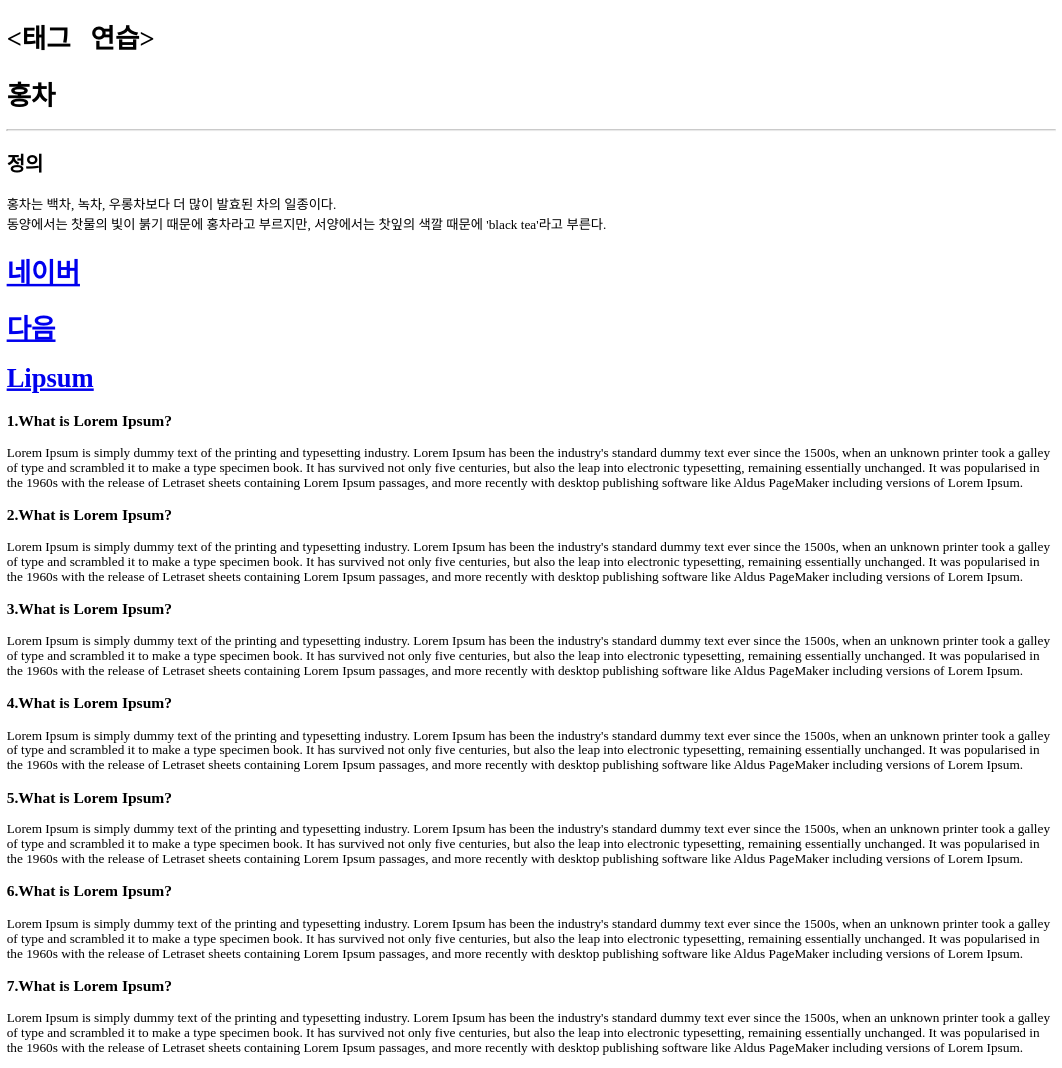
Repository: kmg8138/html
Page: 2020.04.06/ex0406/WebContent/ex03.html
These files come from the project's save history. The page is drawn as it stood at one moment and after the next save; the edit follows.
The browser window is 1280 px wide. The pictures show the whole page, at 83% of full size.

Above is the page before, as saved 2020-04-06 02:07:41.

### 2020.04.06/ex0406/WebContent/ex03.html
<!DOCTYPE html>
<html>
<head>
	<meta charset="UTF-8">
	<title>연습3</title>
</head>
<body>
	<h1>&lt;태그&nbsp;&nbsp;&nbsp;연습&gt;</h1>
	<h1>홍차</h1>
	<hr/>
	<h2>정의</h2>
	<p>
	홍차는 백차, 녹차, 우롱차보다 더 많이 발효된 차의 일종이다.<br>
	동양에서는 찻물의 빛이 붉기 때문에 홍차라고 부르지만,
	서양에서는 찻잎의 색깔 때문에 'black tea'라고 부른다.
	</p>
	<h1><a href="http://naver.com">네이버</a></h1>
	<h1><a href="http://daum.net">다음</a></h1>
	<h1><a href="http://lipsum.com">Lipsum</a></h1>

	<h3>1.What is Lorem Ipsum?</h3>
	<p>
	Lorem Ipsum is simply dummy text of the printing and typesetting industry.
	Lorem Ipsum has been the industry's standard dummy text ever since the 1500s,
	when an unknown printer took a galley of type and scrambled it to make a type specimen book.
	It has survived not only five centuries, but also the leap into electronic typesetting, remaining essentially unchanged.
	It was popularised in the 1960s with the release of Letraset sheets containing Lorem Ipsum passages,
	and more recently with desktop publishing software like Aldus PageMaker including versions of Lorem Ipsum.
	</p>
	<h3>2.What is Lorem Ipsum?</h3>
	<p>
	Lorem Ipsum is simply dummy text of the printing and typesetting industry.
	Lorem Ipsum has been the industry's standard dummy text ever since the 1500s,
	when an unknown printer took a galley of type and scrambled it to make a type specimen book.
	It has survived not only five centuries, but also the leap into electronic typesetting, remaining essentially unchanged.
	It was popularised in the 1960s with the release of Letraset sheets containing Lorem Ipsum passages,
	and more recently with desktop publishing software like Aldus PageMaker including versions of Lorem Ipsum.
	</p>
	<h3>3.What is Lorem Ipsum?</h3>
	<p>
	Lorem Ipsum is simply dummy text of the printing and typesetting industry.
	Lorem Ipsum has been the industry's standard dummy text ever since the 1500s,
	when an unknown printer took a galley of type and scrambled it to make a type specimen book.
	It has survived not only five centuries, but also the leap into electronic typesetting, remaining essentially unchanged.
	It was popularised in the 1960s with the release of Letraset sheets containing Lorem Ipsum passages,
	and more recently with desktop publishing software like Aldus PageMaker including versions of Lorem Ipsum.
	</p>
	<h3>4.What is Lorem Ipsum?</h3>
	<p>
	Lorem Ipsum is simply dummy text of the printing and typesetting industry.
	Lorem Ipsum has been the industry's standard dummy text ever since the 1500s,
	when an unknown printer took a galley of type and scrambled it to make a type specimen book.
	It has survived not only five centuries, but also the leap into electronic typesetting, remaining essentially unchanged.
	It was popularised in the 1960s with the release of Letraset sheets containing Lorem Ipsum passages,
	and more recently with desktop publishing software like Aldus PageMaker including versions of Lorem Ipsum.
	</p>
	<h3>5.What is Lorem Ipsum?</h3>
	<p>
	Lorem Ipsum is simply dummy text of the printing and typesetting industry.
	Lorem Ipsum has been the industry's standard dummy text ever since the 1500s,
	when an unknown printer took a galley of type and scrambled it to make a type specimen book.
	It has survived not only five centuries, but also the leap into electronic typesetting, remaining essentially unchanged.
	It was popularised in the 1960s with the release of Letraset sheets containing Lorem Ipsum passages,
	and more recently with desktop publishing software like Aldus PageMaker including versions of Lorem Ipsum.
	</p>
	<h3>6.What is Lorem Ipsum?</h3>
	<p>
	Lorem Ipsum is simply dummy text of the printing and typesetting industry.
	Lorem Ipsum has been the industry's standard dummy text ever since the 1500s,
	when an unknown printer took a galley of type and scrambled it to make a type specimen book.
	It has survived not only five centuries, but also the leap into electronic typesetting, remaining essentially unchanged.
	It was popularised in the 1960s with the release of Letraset sheets containing Lorem Ipsum passages,
	and more recently with desktop publishing software like Aldus PageMaker including versions of Lorem Ipsum.
	</p>
	<h3>7.What is Lorem Ipsum?</h3>
	<p>
	Lorem Ipsum is simply dummy text of the printing and typesetting industry.
	Lorem Ipsum has been the industry's standard dummy text ever since the 1500s,
	when an unknown printer took a galley of type and scrambled it to make a type specimen book.
	It has survived not only five centuries, but also the leap into electronic typesetting, remaining essentially unchanged.
	It was popularised in the 1960s with the release of Letraset sheets containing Lorem Ipsum passages,
	and more recently with desktop publishing software like Aldus PageMaker including versions of Lorem Ipsum.
	</p>
</body>
</html>

After the next save:
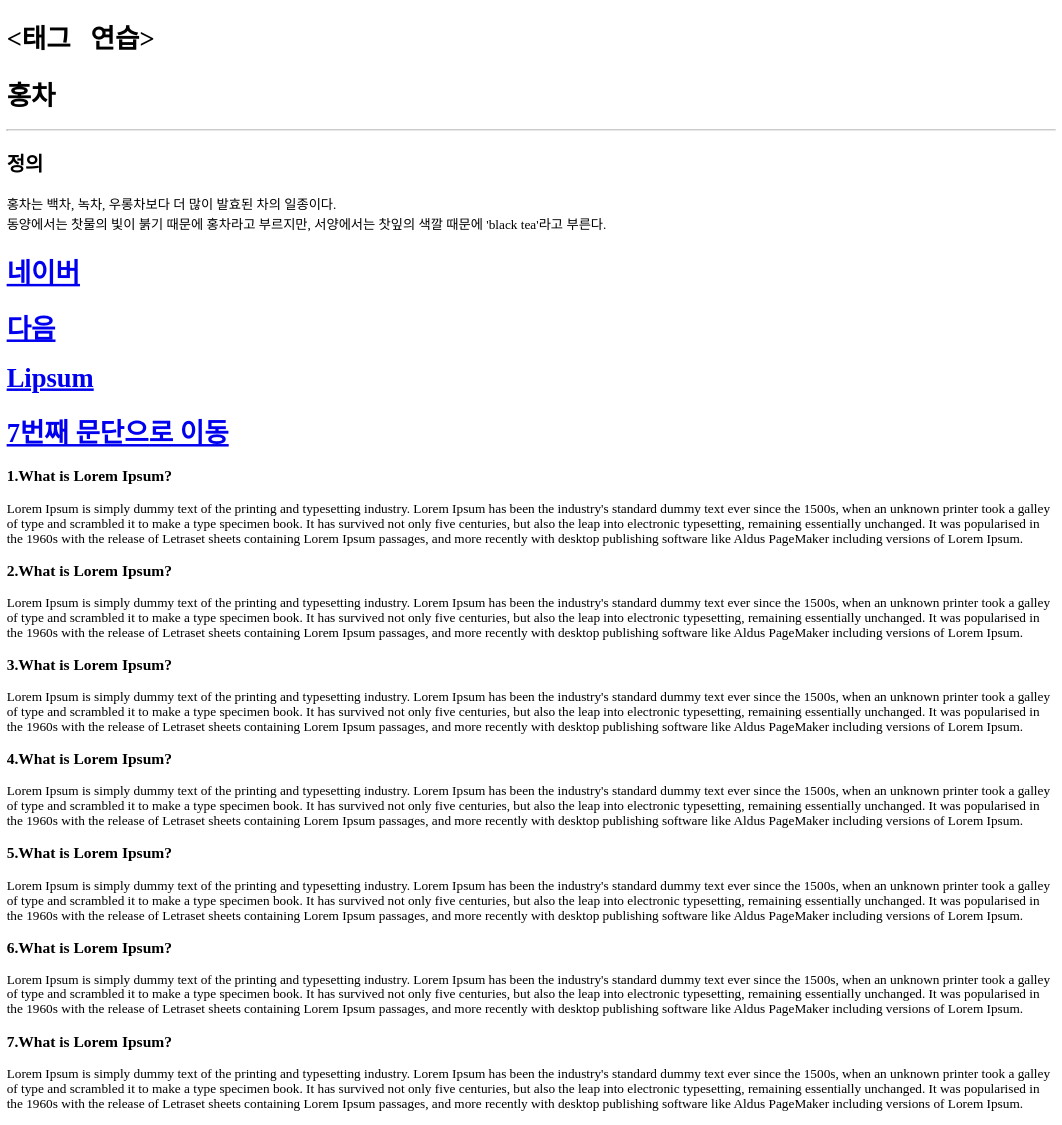
Saved 4 min 18 s later.
--- a/2020.04.06/ex0406/WebContent/ex03.html
+++ b/2020.04.06/ex0406/WebContent/ex03.html
@@ -17,8 +17,9 @@
 	<h1><a href="http://naver.com">네이버</a></h1>
 	<h1><a href="http://daum.net">다음</a></h1>
 	<h1><a href="http://lipsum.com">Lipsum</a></h1>
+	<h1><a href="#p7">7번째 문단으로 이동</a></h1>
 
-	<h3>1.What is Lorem Ipsum?</h3>
+	<h3 id="p1">1.What is Lorem Ipsum?</h3>
 	<p>
 	Lorem Ipsum is simply dummy text of the printing and typesetting industry.
 	Lorem Ipsum has been the industry's standard dummy text ever since the 1500s,
@@ -72,7 +73,7 @@
 	It was popularised in the 1960s with the release of Letraset sheets containing Lorem Ipsum passages,
 	and more recently with desktop publishing software like Aldus PageMaker including versions of Lorem Ipsum.
 	</p>
-	<h3>7.What is Lorem Ipsum?</h3>
+	<h3 id="p7">7.What is Lorem Ipsum?</h3>
 	<p>
 	Lorem Ipsum is simply dummy text of the printing and typesetting industry.
 	Lorem Ipsum has been the industry's standard dummy text ever since the 1500s,
